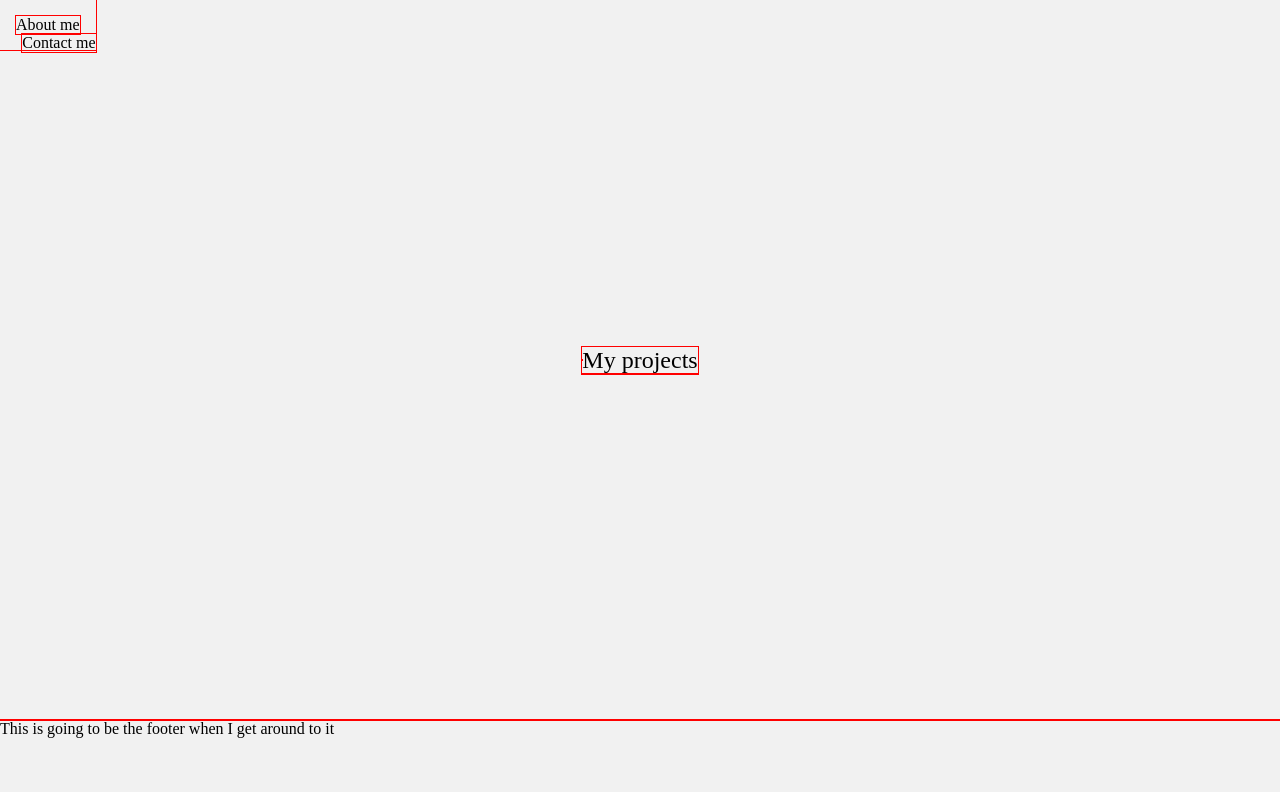
Repository: lynn-the-owl/lynnhtet
Page: index.html
These files come from the project's save history. The page is drawn as it stood at one moment and after a run of saves; the edit follows.
The browser window is 1280 px wide. The pictures show the whole page.
Some web fonts or font styles are not loaded; a fallback is used. Some web libraries are served in a nearby version.

Above is the page before, as saved 2023-10-10 00:29:10.

### index.html
<!DOCTYPE html>
<html lang="en">

<head>
    <meta charset="UTF-8">
    <meta name="viewport" content="width=device-width, initial-scale=1.0">
    <title>LHA's unfinished site</title>

    <!-- fonts -->
    <style>
        @import url('https://fonts.googleapis.com/css2?family=Aclonica&family=Atkinson+Hyperlegible&family=Poiret+One&display=swap');
    </style>

    <link rel="stylesheet" href="style.css">
    <script defer src="app.js"></script>
    <script src="https://cdnjs.cloudflare.com/ajax/libs/gsap/3.12.2/gsap.min.js"></script>
    <script src="https://cdnjs.cloudflare.com/ajax/libs/gsap/3.12.2/ScrollTrigger.min.js"></script>
    <script src="https://cdnjs.cloudflare.com/ajax/libs/gsap/3.12.2/ScrollToPlugin.min.js"></script>
    <script src="https://cdnjs.cloudflare.com/ajax/libs/gsap/3.12.2/EasePack.min.js"></script>

</head>

<body>
    <div class="all">
        <div class="header">
            <div class="about-me">
                About me
            </div>
            <div class="contact-me">
                Contact me
            </div>
        </div>

        <div class="landing">
            <div class="name">

            </div>
            <div class="projects">

                <div class="myprojects">My projects</div>
                <div class="project-child">

                </div>
                <div class="project-child"></div>
                <div class="project-child"></div>
                <div class="project-child"></div>
                <div class="project-child"></div>
                <div class="project-child"></div>
                <div class="project-child"></div>
                <div class="project-child"></div>
            </div>
        </div>

        <div class="foot">
            This is going to be the footer when I get around to it
        </div>
    </div>
</div>

</body>
</html>

### style.css
* {
    box-sizing: border-box;
    outline: 1px solid red !important;
}

/*
html {
    overflow-x: hidden;
} */

body {
    background-color: #f1f1f1;
    margin: 0;
    padding: 0;
    /* overflow-x: hidden; */
}
p {
    padding: 0;
    margin: 0
}
.myprojects {
    font-family: 'Poiret One', cursive;
    font-size:x-large

}


.header {
    position: absolute;
    padding: 1em;
}
.contact-me {
    position: absolute;
    right: 0;
}

.me {
    opacity: 1;
    flex-grow: 4;
}
.blogs {
    opacity: 1;
    flex-grow: 1;
}
.portfolio {
    opacity: 1;
    flex-grow: 1;
}
.book {
    opacity: 1;
    flex-grow: 1;
}





.landing {
    height: 100vh;
    display: flex;
    justify-content: center;
    align-items: center;
}
.hi {
    font-size: 3rem;
    font-family: 'Josefin Sans', sans-serif;
    font-weight: 700;
}
.lemme {
    transform: translate(10%);
}
.mouse{
    transform: translateX(40%);
    opacity: 0.7;
    display: flex;
    flex-direction: column;
    justify-content: center;
    align-items: center;
}



.myanmar {
    height: 100vh;
}
.location-wrap {
    display: flex;
    justify-content: center;
    align-items: center;
}
img {
    height:80vh;
    width: auto;
}
.values {
    transform: translateY(40%);
}






.alumni {
    height: 90vh;
    background-color: #5d81b3;
}
.liberty {
    height: 90%;
    position: absolute;
    right: 0;
    transform: translate(50%);
    z-index: 2;
}
.mylp-image {
    height: 90%;
    position: absolute;
    right: 0;
    transform: translate(50%);
    z-index: 1;
}
.mylp-overlay {
    height: 90%;
    position: absolute;
    right: 0;
    transform: translate(50%);
    z-index: 3
}
.transition-top {
    height: 10vh;
    background-image: linear-gradient(white, #5d81b3);
}
.alumni-text {
    height: 10vh;
    color: white;
    background-color: #5d81b3;
    text-align: center;
}


.artist {
    height: 50vh;
}
.skills {
    height: 70vh;
}
.aerospace {
    height: 70vh;
}
.foot {
    height: 10vh;
}

### app.js



//Landing section
gsap.from('.hi', {ease: "power4",duration: 1.5, opacity: 0, x: '-100%', delay: 0});
gsap.from('.lemme', {ease: "power4",duration: 1.5, opacity: 0, x: '-50%', delay: 0.5});
gsap.from('.mouse', {ease: "expo",duration: 2, opacity: 0, y: '150%', delay: 1.7, filter: blur()});


//Myanmar section
gsap.from('.map', {
    x: "-100%",
    opacity: 0,
    scrollTrigger: {
        trigger: '.map',
        // markers: true,
        scrub: 2,
        endTrigger: ".map",
        start: "top 70%",
        end: "top 50%"
    }
});
gsap.from('.from', {
    x: "100%",
    opacity: 0,
    delay: "3",
    scrollTrigger: {
        trigger: '.map',
        // markers: true,
        scrub: 2,
        endTrigger: ".map",
        start: "top 90%",
        end: "top 35%"
    }
});
gsap.from('.values', {
    x: "100%",
    opacity: 0,
    scrollTrigger: {
        trigger: '.from',
        // markers: true,
        scrub: 2,
        endTrigger: ".map",
        start: "bottom 70%",
        end: "top 10%"
    }
});


//MYLP section
gsap.from('.liberty', {
    x: "100%",
    opacity: 0,
    scrollTrigger: {
        trigger: '.transition-top',
        // markers: true,
        scrub: 2,
        start: "bottom 70%",
        end: "top 10%"
    }
});

After the next 3 saves:
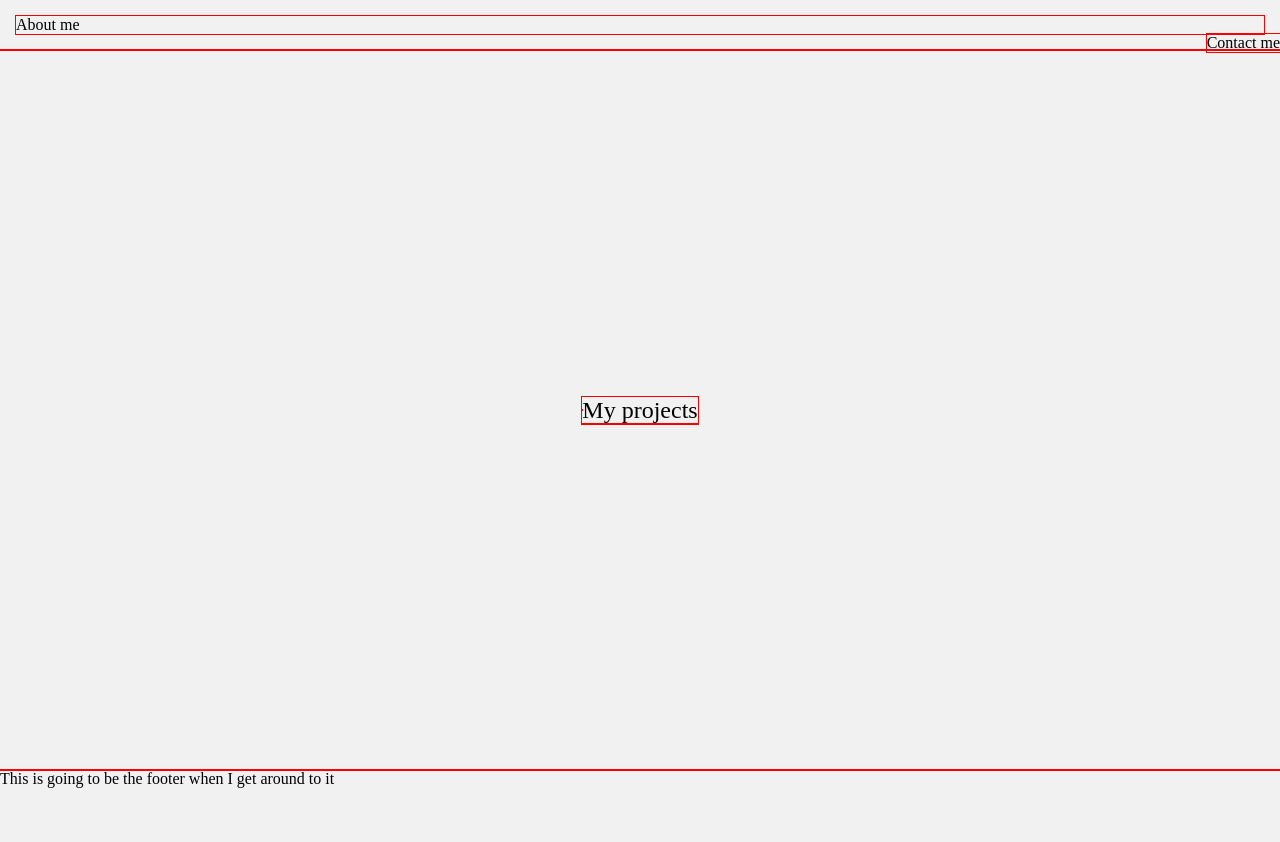
The 3 saves are shown as one change because they came seconds apart.
The last was saved 11 s later.
--- a/style.css
+++ b/style.css
@@ -26,7 +26,7 @@ p {
 
 
 .header {
-    position: absolute;
+    width: 100vw;
     padding: 1em;
 }
 .contact-me {
